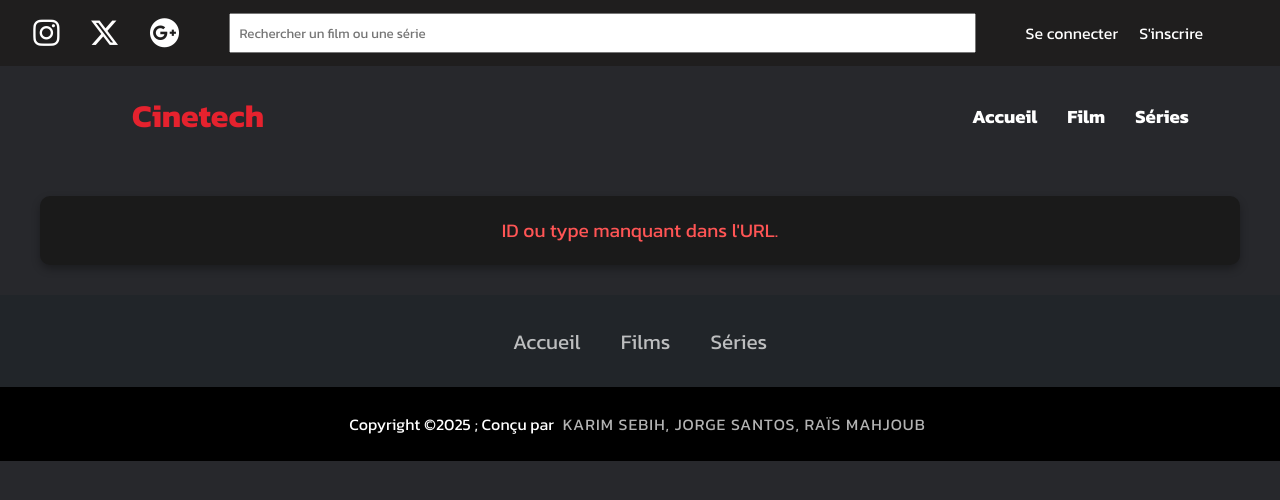
Repository: karim-sebih/cinetech
Page: pages/detail.html
An editor plug-in stored every save of this project. The page is shown before and after the next save, followed by the edit.
The browser window is 1280 px wide. The pictures show the whole page.
Some web libraries are served in a nearby version.

Above is the page before, as saved 2025-04-24 09:25:58.

### pages/detail.html
<!DOCTYPE html>
<html lang="en">
<head>
    <meta charset="UTF-8">
    <meta name="viewport" content="width=device-width, initial-scale=1.0">
    <link rel="stylesheet" href="/styles/detail.css">
    <script src="https://kit.fontawesome.com/ca3234fc7d.js" crossorigin="anonymous"></script>

    <link rel="preconnect" href="https://fonts.googleapis.com">
<link rel="preconnect" href="https://fonts.gstatic.com" crossorigin>
<link href="https://fonts.googleapis.com/css2?family=Kanit:ital,wght@0,100;0,200;0,300;0,400;0,500;0,600;0,700;0,800;0,900;1,100;1,200;1,300;1,400;1,500;1,600;1,700;1,800;1,900&display=swap" rel="stylesheet">

    <title>Détail</title>
</head>
<body>
    <header>
        <nav class="navbar">
            <div class="buttons">
                <a href="#"><i class="fa-brands fa-instagram"></i></a>

                <a href="#"><i class="fa-brands fa-x-twitter"></i></a>

                <a href="#"><i class="fa-brands fa-google-plus"></i></a>
            </div>
            <div class="search-container">
                <input type="text" id="search-bar" placeholder="Rechercher un film ou une série" autocomplete="off">
                <button id="clear-search">x</button>
                <div id="suggestions" class="suggestion-box"></div>
            </div>

                <div class="sign">
                    <a href="#">Se connecter</a>
                    <a href="#">S'inscrire</a>
                </div>
        </nav>
    </header>
    <div class="secondnav">
        <div class="cinetech">
            <H1>Cinetech</H1>
        </div>
        <div class="nav">
            <a href="../index.html"><h3>Accueil</h3></a>

            <a href="./film.html"><h3>Film</h3></a>

            <a href="./series.html"><H3>Séries</H3></a>
        </div>
    </div>
    <div class="content">
        <div id="details-container" class="details-container">
        </div>
    </div>



    <footer>
        <div class="footerContainer">
            <div class="footerNav">
                <ul>
                    <li><a href="./index.html">Accueil</a></li>
                    <li><a href="/pages/film.html">Films</a></li>
                    <li><a href="./pages/series.html">Séries</a></li>
                </ul>
            </div>
            <div class="footerBottom">
                <p>Copyright &copy;2025 ; Conçu par <span class="designer">Karim Sebih, Jorge Santos, Raïs Mahjoub</span></p>
            </div>
        </div>
    </footer>
    <script src="../js/searchbar.js" type="module"></script>
    <script src="../js/detail.js" type="module"></script>
</body>
</html>

### styles/detail.css
* {
    margin: 0;
    padding: 0;
    box-sizing: border-box;
    font-family: "Kanit", sans-serif;
  }


  a {
    text-decoration: none;
    color: white;

  }

  body {
    margin: 0;
    width: 100%;
    min-height: 100vh;
    overflow-x: auto;
    background-color: rgb(39, 40, 44);
    color: white;
  }
  /* Nav bar */

  a{
    text-decoration: none;
    color: white;
  }

  a:hover{
  color: red;
  }

  header{
  position: relative;
  padding: 0.2rem;
  background-color: rgb(31, 30, 30);
  }

  .navbar {
  margin-left: 10px;
  width: 100%;
  max-width: 1200px;
  height: 60px;
  margin: 0;
  display: flex;
  align-items: center;
  gap: 50px;

  }

.buttons{
  padding-left: 30px;
  display: flex;
  align-items: center;
 justify-content: space-between;
 gap: 30px;
 font-size: 30px;
}


.search-container {
  position: relative;
  width: 70%;
  display: flex;

  align-items: center;
}

#search-bar {
  width: 100%;
  height: 100%;
  padding: 8px;


  padding-right: 30px;
}

#clear-search {
  position: absolute;
  top:5px;
  right: 30px;
  background: transparent;
  border: none;
  font-size: 16px;
  cursor: pointer;
  display: none; /* Caché par défaut */
}

.suggestion-box {
  position: absolute;
  width: 100%;
  background: white;

  max-height: 150px;
  overflow-y: auto;
  z-index: 1000;
  top: 35px;
}

.suggestion-item {
  padding: 8px;
  cursor: pointer;
}

.suggestion-item:hover {
  background: #f0f0f0;
}

#clear-search {
  background: none;
  border: none;
  font-size: 20px;
  color: black; /* X en noir */
  cursor: pointer;
  margin-bottom: 12px;
}


.sign{
  display: flex;
  align-items: center;
 justify-content: space-between;
  flex-wrap:wrap-reverse;
  width: 200px;

  right: 50%;

}

 /*second nav*/

.secondnav{
    width: 100%;
    height: 100px;
    display: flex;
    align-items: center;
    gap: 200px;
    border: 10px;


}

h1 {
  padding-left: 100%;
  color: #e5222e  ;

}

.nav{

  display: flex;
  gap: 30px;
  margin-left: 50%;

}

/* Ajouter ces styles à la fin de detail.css */

/* Conteneur principal des détails */
.details-container {
  max-width: 1200px;
  margin: 30px auto;
  padding: 20px;
  background-color: #1a1a1a;
  border-radius: 10px;
  box-shadow: 0 4px 8px rgba(0, 0, 0, 0.3);
}

/* Contenu des détails (image + texte) */
.details-content {
  display: flex;
  gap: 30px;
  flex-wrap: wrap;
}

/* Affiche */
.details-poster {
  width: 300px;
  height: auto;
  border-radius: 8px;
  object-fit: cover;
}

/* Texte des détails */
.details-text {
  flex: 1;
  display: flex;
  flex-direction: column;
  gap: 15px;
}

.details-text h2 {
  font-size: 2.2em;
  color: #e5222e;
}

.details-text .overview {
  font-size: 1.1em;
  line-height: 1.5;
}

.details-text p {
  font-size: 1em;
}

.details-text strong {
  color: #e5222e;
}

/* Bouton Ajouter aux favoris */
.favorite-btn {
  background-color: #e5222e;
  color: white;
  border: none;
  padding: 10px 20px;
  border-radius: 5px;
  cursor: pointer;
  font-size: 1em;
  transition: background-color 0.3s ease;
  width: fit-content;
}

.favorite-btn:hover {
  background-color: #c41d27;
}

/* Message d'erreur */
.error-message {
  text-align: center;
  font-size: 1.2em;
  color: #ff5555;
}

/* Responsivité */
@media (max-width: 768px) {
  .details-content {
    flex-direction: column;
    align-items: center;
  }

  .details-poster {
    width: 200px;
  }

  .details-text h2 {
    font-size: 1.8em;
  }
}

footer {
    padding: 0;
    margin: 0;
    box-sizing: border-box;
  }

  footer {
    background-color: #111;
  }

  .footerContainer {
    width: 100%;
  padding-top: 1px;
    background-color: #212529;
  }

  .socialIcons {
    display: flex;
    justify-content: center;

  }

  .socialIcons a {
    text-decoration: none;
    padding: 9px;
    background-color: white;
    margin: 10px;
    border-radius: 50%;
  }

  .socialIcons a i {
    font-size: 2em;
    color: black;
    opacity: 0, 9;
  }

  /* Hover affect on social media icon */
  .socialIcons a:hover {
    background-color: #111;
    transition: 0.5s;
  }

  .socialIcons a:hover i {
    color: white;
    transition: 0.5s;
  }

  .footerNav {
    margin: 30px 0;
  }

  .footerNav ul {
    display: flex;
    justify-content: center;
    list-style-type: none;
  }

  .footerNav ul li a {
    color: white;
    margin: 20px;
    text-decoration: none;
    font-size: 1.3em;
    opacity: 0.7;
    transition: 0.5s;

  }

  .footerNav ul li a:hover {
    opacity: 1;
  }

  .footerBottom {
    background-color: #000;
    padding: 25px;
    text-align: center;
  }

  .footerBottom p {
    color: white;
  }


  .designer {
    opacity: 0.7;
    text-transform: uppercase;
    letter-spacing: 1px;
    font-weight: 400;
    margin: 0px 5px;
  }

  @media (max-width:990px) {
    .footerNav ul {
      flex-direction: column;
    }
    .footerNav ul li {
      width: 100%;
      text-align: center;
      margin:10px;
    }


    @media (max-width:599px) {
      .footerNav ul {
        flex-direction: column;
      }
      .footerNav ul li {
        width: 100%;
        text-align: center;
        margin:10px;
      }
    }
  }

### js/searchbar.js
import { searchMoviesAndSeries } from './api.js';

document.addEventListener("DOMContentLoaded", function () {
  const searchBar = document.getElementById('search-bar');
  const clearSearch = document.getElementById('clear-search');
  const suggestionsBox = document.getElementById('suggestions');

  if (!searchBar || !clearSearch || !suggestionsBox) {
    console.error("Éléments de la barre de recherche introuvables dans le DOM");
    return;
  }

  searchBar.addEventListener('input', async (e) => {
    const query = e.target.value.trim();
    if (query.length < 2) {
      suggestionsBox.innerHTML = '';
      clearSearch.style.display = 'none';
      return;
    }

    clearSearch.style.display = 'block';

    try {
      const results = await searchMoviesAndSeries(query);
      suggestionsBox.innerHTML = '';

      if (results.length === 0) {
        suggestionsBox.innerHTML = '<div class="suggestion-item">Aucun résultat trouvé</div>';
        return;
      }

      results.forEach(item => {
        const suggestionItem = document.createElement('div');
        suggestionItem.className = 'suggestion-item';
        suggestionItem.textContent = item.title;
        suggestionItem.addEventListener('click', () => {
          window.location.href = `./pages/detail.html?id=${item.id}&type=${item.media_type}`;
        });
        suggestionsBox.appendChild(suggestionItem);
      });
    } catch (error) {
      console.error('Erreur lors de la recherche :', error);
      suggestionsBox.innerHTML = '<div class="suggestion-item">Erreur lors de la recherche</div>';
    }
  });

  clearSearch.addEventListener('click', () => {
    searchBar.value = '';
    suggestionsBox.innerHTML = '';
    clearSearch.style.display = 'none';
  });
});

### js/detail.js
import { imageBaseUrl } from './api.js';

const BEARER_TOKEN = 'eyJhbGciOiJIUzI1NiJ9.eyJhdWQiOiI4OTY1ZGYzMGQwNDAyOGZiODRmYjFmNTdkMDhjMjBiNiIsIm5iZiI6MTc0NTMwNTMwNS4xNDEsInN1YiI6IjY4MDczZWQ5NDIxYTMwOTc1Y2FhZWRlNyIsInNjb3BlcyI6WyJhcGlfcmVhZCJdLCJ2ZXJzaW9uIjoxfQ.lGYh-UNj4NOcQVPv6fheSInh-0FhPL5bzd-aq9rCHB8';

const options = {
  method: 'GET',
  headers: {
    accept: 'application/json',
    Authorization: `Bearer ${BEARER_TOKEN}`
  }
};

document.addEventListener('DOMContentLoaded', async () => {
  // Récupérer les paramètres de l'URL (id et type)
  const urlParams = new URLSearchParams(window.location.search);
  const id = urlParams.get('id');
  const type = urlParams.get('type'); // 'movie' ou 'tv'

  if (!id || !type) {
    displayError('ID ou type manquant dans l\'URL.');
    return;
  }

  try {
    // Déterminer l'endpoint en fonction du type (film ou série)
    const endpoint = type === 'movie'
      ? `https://api.themoviedb.org/3/movie/${id}?append_to_response=credits&language=fr-FR`
      : `https://api.themoviedb.org/3/tv/${id}?append_to_response=credits&language=fr-FR`;

    // Récupérer les détails
    const response = await fetch(endpoint, options);
    if (!response.ok) {
      throw new Error(`Erreur HTTP ! Statut : ${response.status}`);
    }
    const data = await response.json();

    // Afficher les détails
    displayDetails(data, type);
  } catch (error) {
    console.error('Erreur lors de la récupération des détails :', error);
    displayError('Impossible de charger les détails. Veuillez réessayer plus tard.');
  }
});

function displayDetails(data, type) {
  const container = document.getElementById('details-container');
  if (!container) {
    console.error('Conteneur de détails introuvable.');
    return;
  }

  // Préparer les données à afficher
  const title = type === 'movie' ? data.title : data.name;
  const releaseDate = type === 'movie' ? data.release_date : data.first_air_date;
  const director = type === 'movie'
    ? (data.credits?.crew?.find(crew => crew.job === 'Director')?.name || 'N/A')
    : (data.created_by?.map(creator => creator.name).join(', ') || 'N/A');
  const directorLabel = type === 'movie' ? 'Réalisateur' : 'Créateur(s)';
  const genres = data.genres?.map(genre => genre.name).join(', ') || 'N/A';
  const countries = data.production_countries?.map(country => country.name).join(', ') || 'N/A';
  const imageSrc = data.poster_path ? `${imageBaseUrl}w500${data.poster_path}` : 'default.jpg';

  // Construire le HTML pour les détails
  container.innerHTML = `
    <div class="details-content">
      <img src="${imageSrc}" alt="${title}" class="details-poster">
      <div class="details-text">
        <h2>${title}</h2>
        <p class="overview">${data.overview || 'Synopsis non disponible.'}</p>
        <p><strong>Note :</strong> ${data.vote_average?.toFixed(1) || 'N/A'} / 10</p>
        <p><strong>Genre :</strong> ${genres}</p>
        <p><strong>${directorLabel} :</strong> ${director}</p>
        <p><strong>Date de sortie :</strong> ${releaseDate || 'N/A'}</p>
        <p><strong>Langue :</strong> ${data.original_language?.toUpperCase() || 'N/A'}</p>
        <p><strong>Pays :</strong> ${countries}</p>
        <button id="add-to-favorites" class="favorite-btn">Ajouter aux favoris</button>
      </div>
    </div>
  `;

  // Ajouter un événement pour le bouton "Ajouter aux favoris"
  const favoriteBtn = document.getElementById('add-to-favorites');
  favoriteBtn.addEventListener('click', () => {
    addToFavorites({ id: data.id, title, type, poster_path: data.poster_path });
  });
}

function displayError(message) {
  const container = document.getElementById('details-container');
  if (container) {
    container.innerHTML = `<p class="error-message">${message}</p>`;
  }
}

function addToFavorites(item) {
  // Récupérer les favoris existants dans localStorage
  const favorites = JSON.parse(localStorage.getItem('favorites')) || [];

  // Vérifier si l'élément est déjà dans les favoris
  const exists = favorites.some(fav => fav.id === item.id && fav.type === item.type);
  if (exists) {
    alert('Cet élément est déjà dans vos favoris !');
    return;
  }

  // Ajouter l'élément aux favoris
  favorites.push(item);
  localStorage.setItem('favorites', JSON.stringify(favorites));
  alert(`${item.title} a été ajouté aux favoris !`);
}

### js/api.js
const BASE_URL = 'https://api.themoviedb.org/3';
const IMAGE_BASE_URL = 'https://image.tmdb.org/t/p/';
const BEARER_TOKEN = 'eyJhbGciOiJIUzI1NiJ9.eyJhdWQiOiI4OTY1ZGYzMGQwNDAyOGZiODRmYjFmNTdkMDhjMjBiNiIsIm5iZiI6MTc0NTMwNTMwNS4xNDEsInN1YiI6IjY4MDczZWQ5NDIxYTMwOTc1Y2FhZWRlNyIsInNjb3BlcyI6WyJhcGlfcmVhZCJdLCJ2ZXJzaW9uIjoxfQ.lGYh-UNj4NOcQVPv6fheSInh-0FhPL5bzd-aq9rCHB8';

const options = {
  method: 'GET',
  headers: {
    accept: 'application/json',
    Authorization: `Bearer ${BEARER_TOKEN}`
  }
};

export const imageBaseUrl = IMAGE_BASE_URL;

export async function fetchConfiguration() {
  // Pas besoin de configuration pour TMDb, mais on garde la fonction pour compatibilité
  return Promise.resolve();
}

export async function fetchMovies(page = 1, genreId = null) {
  try {
    let url = `${BASE_URL}/discover/movie?include_adult=false&include_video=false&language=fr-FR&page=${page}&sort_by=popularity.desc`;
    if (genreId) {
      url += `&with_genres=${genreId}`;
    }
    const response = await fetch(url, options);
    if (!response.ok) {
      throw new Error(`Erreur HTTP ! Statut : ${response.status}`);
    }
    const data = await response.json();
    return data.results.map(item => ({
      id: item.id,
      title: item.title,
      poster_path: item.poster_path ? `${IMAGE_BASE_URL}w200${item.poster_path}` : 'default.jpg',
      overview: item.overview
    }));
  } catch (error) {
    console.error('Erreur lors de la récupération des films :', error);
    return [];
  }
}

export async function fetchSeries(page = 1, genreId = null) {
  try {
    let url = `${BASE_URL}/discover/tv?include_adult=false&include_null_first_air_dates=false&language=fr-FR&page=${page}&sort_by=popularity.desc`;
    if (genreId) {
      url += `&with_genres=${genreId}`;
    }
    const response = await fetch(url, options);
    if (!response.ok) {
      throw new Error(`Erreur HTTP ! Statut : ${response.status}`);
    }
    const data = await response.json();
    return data.results.map(item => ({
      id: item.id,
      name: item.name,
      poster_path: item.poster_path ? `${IMAGE_BASE_URL}w200${item.poster_path}` : 'default.jpg',
      overview: item.overview
    }));
  } catch (error) {
    console.error('Erreur lors de la récupération des séries :', error);
    return [];
  }
}

export async function searchMoviesAndSeries(query) {
  try {
    const url = `${BASE_URL}/search/multi?language=fr-FR&query=${encodeURIComponent(query)}&include_adult=false`;
    const response = await fetch(url, options);
    if (!response.ok) {
      throw new Error(`Erreur HTTP ! Statut : ${response.status}`);
    }
    const data = await response.json();
    return data.results
      .filter(item => item.media_type === 'movie' || item.media_type === 'tv')
      .map(item => ({
        id: item.id,
        title: item.title || item.name,
        poster_path: item.poster_path ? `${IMAGE_BASE_URL}w200${item.poster_path}` : 'default.jpg',
        overview: item.overview,
        media_type: item.media_type
      }));
  } catch (error) {
    console.error('Erreur lors de la recherche :', error);
    return [];
  }
}

After the next save:
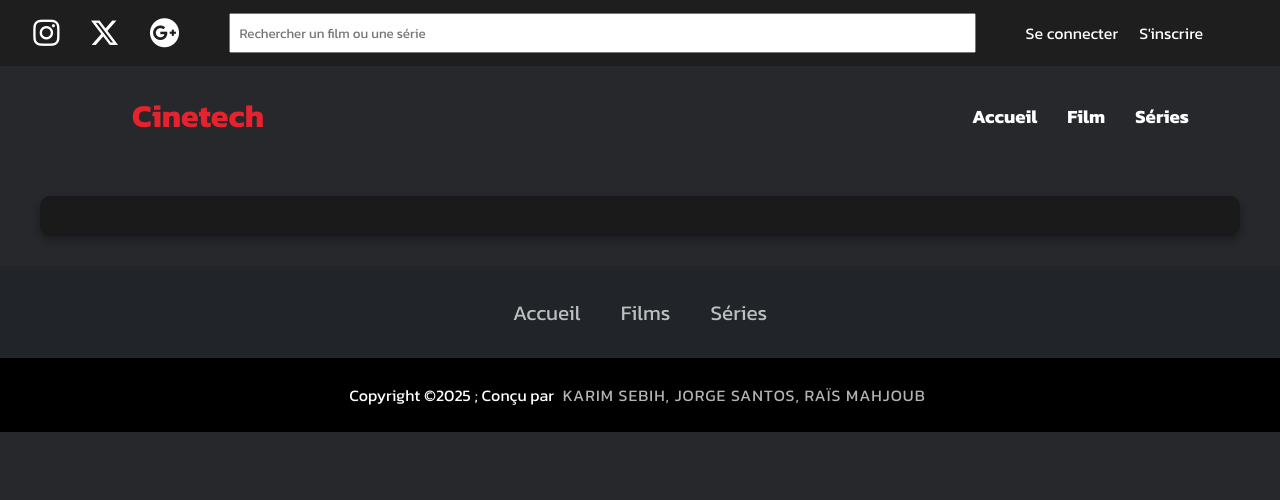
Saved 53 s later.
--- a/js/detail.js
+++ b/js/detail.js
@@ -1,5 +1,5 @@
-import { imageBaseUrl } from './api.js';
-
+const BASE_URL = 'https://api.themoviedb.org/3';
+const IMAGE_BASE_URL = 'https://image.tmdb.org/t/p/';
 const BEARER_TOKEN = 'eyJhbGciOiJIUzI1NiJ9.eyJhdWQiOiI4OTY1ZGYzMGQwNDAyOGZiODRmYjFmNTdkMDhjMjBiNiIsIm5iZiI6MTc0NTMwNTMwNS4xNDEsInN1YiI6IjY4MDczZWQ5NDIxYTMwOTc1Y2FhZWRlNyIsInNjb3BlcyI6WyJhcGlfcmVhZCJdLCJ2ZXJzaW9uIjoxfQ.lGYh-UNj4NOcQVPv6fheSInh-0FhPL5bzd-aq9rCHB8';
 
 const options = {
@@ -10,101 +10,78 @@ const options = {
   }
 };
 
-document.addEventListener('DOMContentLoaded', async () => {
-  // Récupérer les paramètres de l'URL (id et type)
-  const urlParams = new URLSearchParams(window.location.search);
-  const id = urlParams.get('id');
-  const type = urlParams.get('type'); // 'movie' ou 'tv'
+export const imageBaseUrl = IMAGE_BASE_URL;
 
-  if (!id || !type) {
-    displayError('ID ou type manquant dans l\'URL.');
-    return;
-  }
+export async function fetchConfiguration() {
+  // Pas besoin de configuration pour TMDb, mais on garde la fonction pour compatibilité
+  return Promise.resolve();
+}
 
+export async function fetchMovies(page = 1, genreId = null) {
   try {
-    // Déterminer l'endpoint en fonction du type (film ou série)
-    const endpoint = type === 'movie'
-      ? `https://api.themoviedb.org/3/movie/${id}?append_to_response=credits&language=fr-FR`
-      : `https://api.themoviedb.org/3/tv/${id}?append_to_response=credits&language=fr-FR`;
-
-    // Récupérer les détails
-    const response = await fetch(endpoint, options);
+    let url = `${BASE_URL}/discover/movie?include_adult=false&include_video=false&language=fr-FR&page=${page}&sort_by=popularity.desc`;
+    if (genreId) {
+      url += `&with_genres=${genreId}`;
+    }
+    const response = await fetch(url, options);
     if (!response.ok) {
       throw new Error(`Erreur HTTP ! Statut : ${response.status}`);
     }
     const data = await response.json();
-
-    // Afficher les détails
-    displayDetails(data, type);
+    return data.results.map(item => ({
+      id: item.id,
+      title: item.title,
+      poster_path: item.poster_path ? `${IMAGE_BASE_URL}w200${item.poster_path}` : 'default.jpg',
+      overview: item.overview
+    }));
   } catch (error) {
-    console.error('Erreur lors de la récupération des détails :', error);
-    displayError('Impossible de charger les détails. Veuillez réessayer plus tard.');
-  }
-});
-
-function displayDetails(data, type) {
-  const container = document.getElementById('details-container');
-  if (!container) {
-    console.error('Conteneur de détails introuvable.');
-    return;
-  }
-
-  // Préparer les données à afficher
-  const title = type === 'movie' ? data.title : data.name;
-  const releaseDate = type === 'movie' ? data.release_date : data.first_air_date;
-  const director = type === 'movie'
-    ? (data.credits?.crew?.find(crew => crew.job === 'Director')?.name || 'N/A')
-    : (data.created_by?.map(creator => creator.name).join(', ') || 'N/A');
-  const directorLabel = type === 'movie' ? 'Réalisateur' : 'Créateur(s)';
-  const genres = data.genres?.map(genre => genre.name).join(', ') || 'N/A';
-  const countries = data.production_countries?.map(country => country.name).join(', ') || 'N/A';
-  const imageSrc = data.poster_path ? `${imageBaseUrl}w500${data.poster_path}` : 'default.jpg';
-
-  // Construire le HTML pour les détails
-  container.innerHTML = `
-    <div class="details-content">
-      <img src="${imageSrc}" alt="${title}" class="details-poster">
-      <div class="details-text">
-        <h2>${title}</h2>
-        <p class="overview">${data.overview || 'Synopsis non disponible.'}</p>
-        <p><strong>Note :</strong> ${data.vote_average?.toFixed(1) || 'N/A'} / 10</p>
-        <p><strong>Genre :</strong> ${genres}</p>
-        <p><strong>${directorLabel} :</strong> ${director}</p>
-        <p><strong>Date de sortie :</strong> ${releaseDate || 'N/A'}</p>
-        <p><strong>Langue :</strong> ${data.original_language?.toUpperCase() || 'N/A'}</p>
-        <p><strong>Pays :</strong> ${countries}</p>
-        <button id="add-to-favorites" class="favorite-btn">Ajouter aux favoris</button>
-      </div>
-    </div>
-  `;
-
-  // Ajouter un événement pour le bouton "Ajouter aux favoris"
-  const favoriteBtn = document.getElementById('add-to-favorites');
-  favoriteBtn.addEventListener('click', () => {
-    addToFavorites({ id: data.id, title, type, poster_path: data.poster_path });
-  });
-}
-
-function displayError(message) {
-  const container = document.getElementById('details-container');
-  if (container) {
-    container.innerHTML = `<p class="error-message">${message}</p>`;
+    console.error('Erreur lors de la récupération des films :', error);
+    return [];
   }
 }
 
-function addToFavorites(item) {
-  // Récupérer les favoris existants dans localStorage
-  const favorites = JSON.parse(localStorage.getItem('favorites')) || [];
+export async function fetchSeries(page = 1, genreId = null) {
+  try {
+    let url = `${BASE_URL}/discover/tv?include_adult=false&include_null_first_air_dates=false&language=fr-FR&page=${page}&sort_by=popularity.desc`;
+    if (genreId) {
+      url += `&with_genres=${genreId}`;
+    }
+    const response = await fetch(url, options);
+    if (!response.ok) {
+      throw new Error(`Erreur HTTP ! Statut : ${response.status}`);
+    }
+    const data = await response.json();
+    return data.results.map(item => ({
+      id: item.id,
+      name: item.name,
+      poster_path: item.poster_path ? `${IMAGE_BASE_URL}w200${item.poster_path}` : 'default.jpg',
+      overview: item.overview
+    }));
+  } catch (error) {
+    console.error('Erreur lors de la récupération des séries :', error);
+    return [];
+  }
+}
 
-  // Vérifier si l'élément est déjà dans les favoris
-  const exists = favorites.some(fav => fav.id === item.id && fav.type === item.type);
-  if (exists) {
-    alert('Cet élément est déjà dans vos favoris !');
-    return;
+export async function searchMoviesAndSeries(query) {
+  try {
+    const url = `${BASE_URL}/search/multi?language=fr-FR&query=${encodeURIComponent(query)}&include_adult=false`;
+    const response = await fetch(url, options);
+    if (!response.ok) {
+      throw new Error(`Erreur HTTP ! Statut : ${response.status}`);
+    }
+    const data = await response.json();
+    return data.results
+      .filter(item => item.media_type === 'movie' || item.media_type === 'tv')
+      .map(item => ({
+        id: item.id,
+        title: item.title || item.name,
+        poster_path: item.poster_path ? `${IMAGE_BASE_URL}w200${item.poster_path}` : 'default.jpg',
+        overview: item.overview,
+        media_type: item.media_type
+      }));
+  } catch (error) {
+    console.error('Erreur lors de la recherche :', error);
+    return [];
   }
-
-  // Ajouter l'élément aux favoris
-  favorites.push(item);
-  localStorage.setItem('favorites', JSON.stringify(favorites));
-  alert(`${item.title} a été ajouté aux favoris !`);
 }
